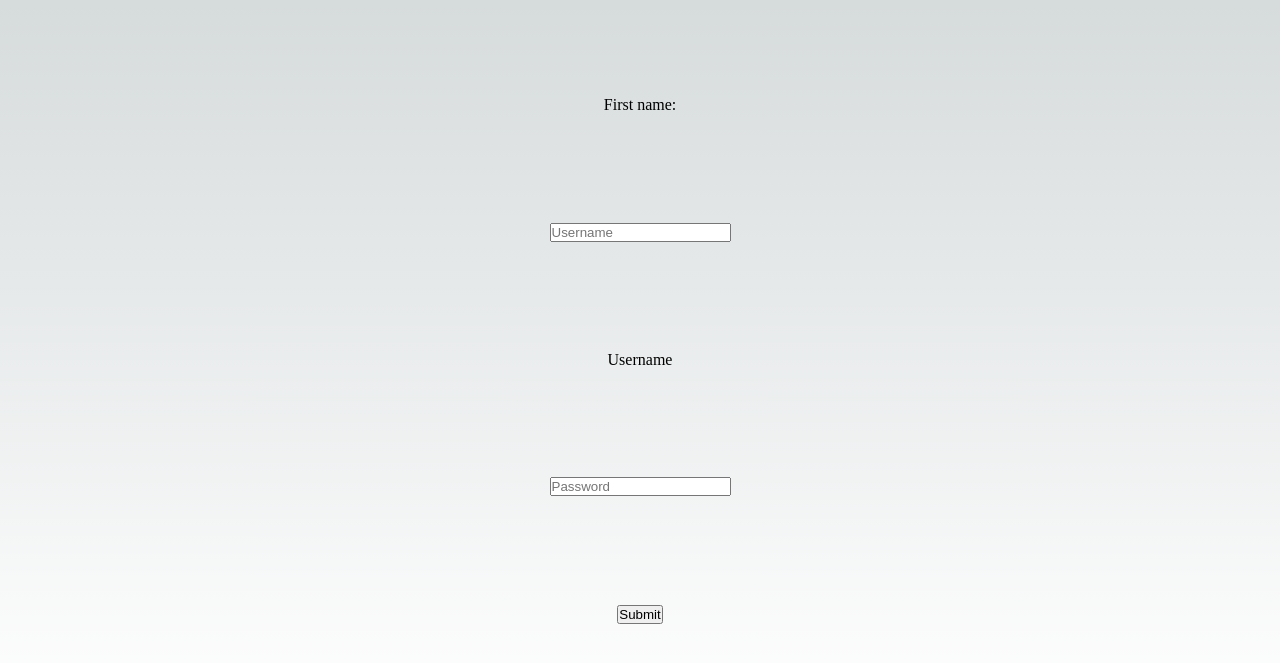
Repository: SaraShio/counter
Page: /
These files come from the project's save history. The page is drawn as it stood at one moment and after the next save; the edit follows.
The browser window is 1280 px wide. The pictures show the whole page.
The project was rebuilt for these pictures with package versions that can differ from the ones it lists, and the page was loaded fresh each time. The framework's server and built-in components were replaced by stand-ins that run in the browser. Also part of the build but not shown: next.config.js.

Above is the page before, as saved 2023-01-15 16:40:59.

After the next save:
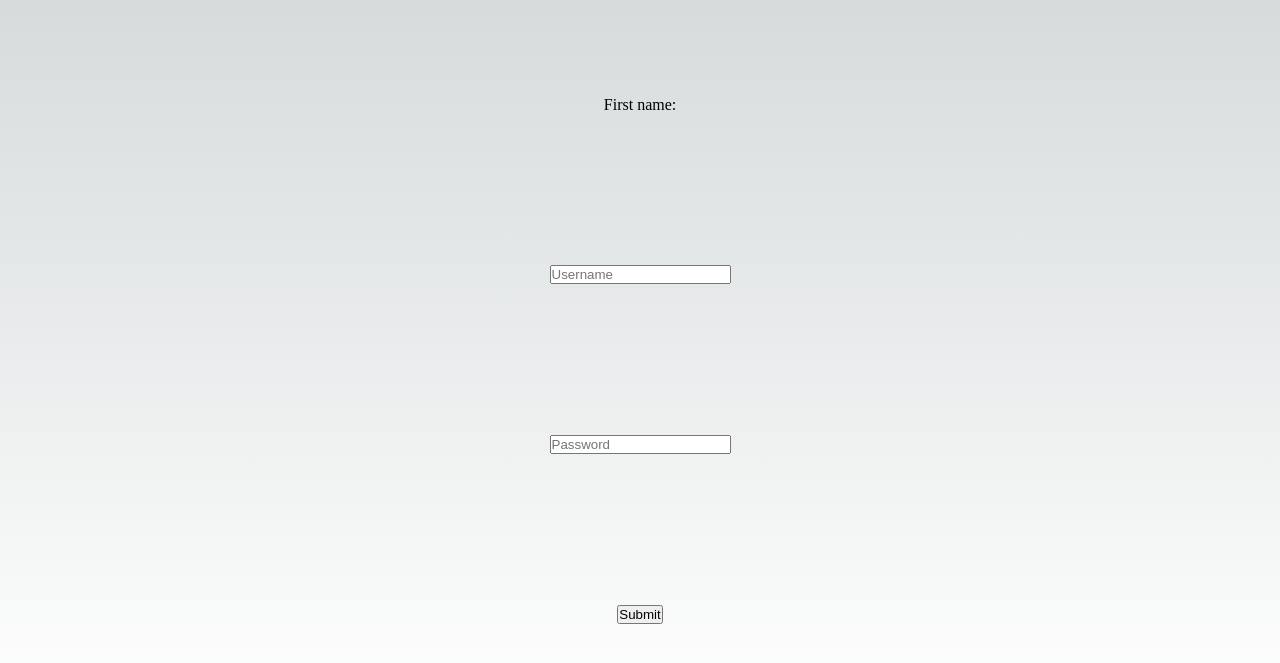
Saved 5 s later.
--- a/pages/index.js
+++ b/pages/index.js
@@ -52,7 +52,6 @@ export default function Home() {
           onChange={(e => setFormData({ ...formData, firstName: e.target.value }))}
         />
 
-        <label>Username</label>
         <input
           placeholder='Password'
           type="text"
